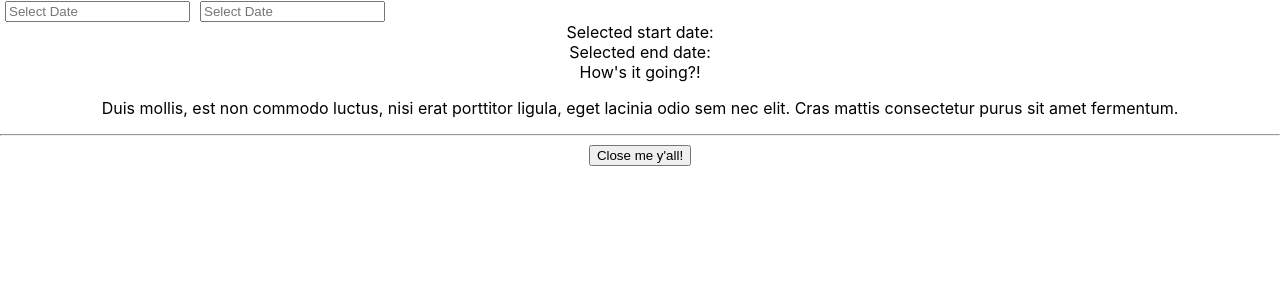
Repository: LizAcu/RugTest
Page: /
The author's editor kept a copy of each file at every save. The page is drawn from the files as they stood at one save, then again after the next save.
The browser window is 1280 px wide. The pictures show the whole page.
The project was rebuilt for these pictures with package versions that can differ from the ones it lists, and the page was loaded fresh each time.

Above is the page before, as saved 2022-08-25 12:54:56.

After the next save:
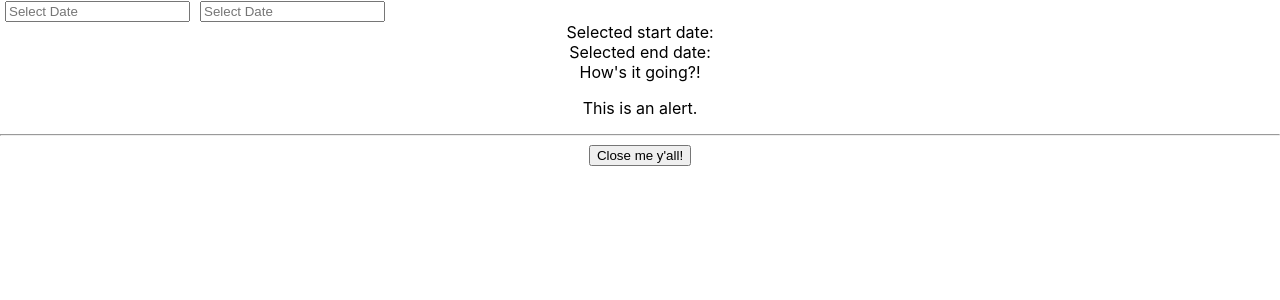
Saved 52 s later.
--- a/src/WelcomeAlert/WelcomeAlert.js
+++ b/src/WelcomeAlert/WelcomeAlert.js
@@ -10,9 +10,8 @@ function AlertDismissible() {
       <Alert show={show} variant="success">
         <Alert.Heading>How's it going?!</Alert.Heading>
         <p>
-          Duis mollis, est non commodo luctus, nisi erat porttitor ligula, eget
-          lacinia odio sem nec elit. Cras mattis consectetur purus sit amet
-          fermentum.
+          This is an alert.
+
         </p>
         <hr />
         <div className="d-flex justify-content-end">
